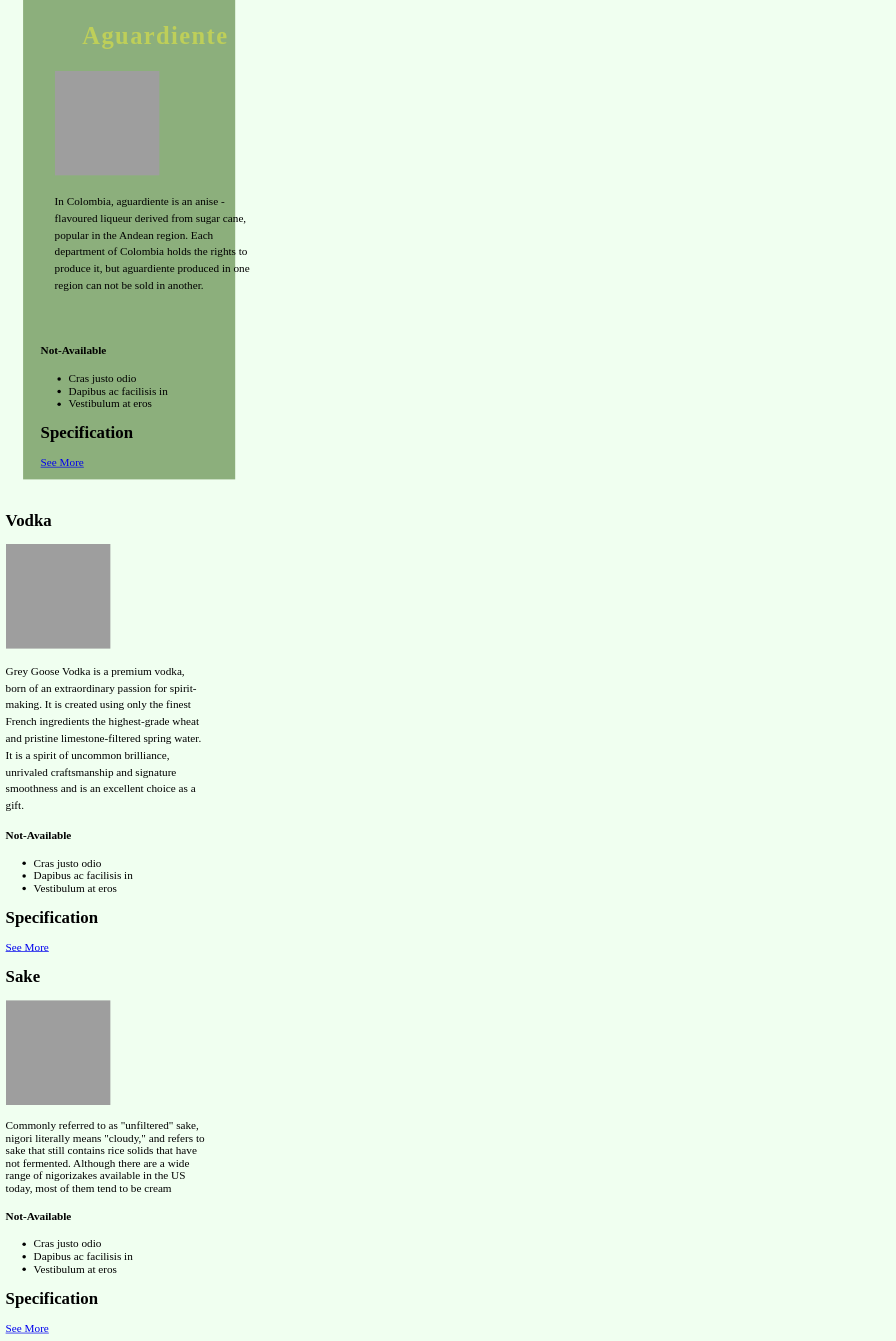
Repository: ZamlZam/REPO-11
Page: product-cards/index.html
These files come from the project's save history. The page is drawn as it stood at one moment and after a run of saves; the edit follows.
The browser window is 1280 px wide. The pictures show the part of the page from y = 1647 to 3567 px (the page is 3562 px tall before and 3567 px after), at 70% of full size.
Pictures or frames that could not be fetched are drawn as grey boxes.

Above is the page before, as saved 2023-04-14 20:38:11.

### product-cards/index.html
<!DOCTYPE html>
<html lang="en">
<head>
  <meta charset="UTF-8">
  <meta http-equiv="X-UA-Compatible" content="IE=edge">
  <meta name="viewport" content="width=device-width, initial-scale=1.0">
  <title>Document</title>
  <link rel="stylesheet" href="main.css">
</head>
<body>

  <div class ="wrapper">
    <div class="header"> ZamZam's Distillery</div>

  <div class="card-wrap">
    <div class="card-item">
    <div class="card1" style="width: 18rem;">
      <h2 class="whiskey">Jack Daniel</h2>
     <img src="https://www.finewinedelivery.co.nz/content/products/original/16561.jpg?width=1136" height = "150px" width="150px" alt="">
    <div class="card-body">

      <p class="card-text">Jack Daniel's is a Tennessee whiskey that has been around since the 1800s. It is the world's top-selling American whiskey and is considered very smooth.</p>
    </div>
  </div>
    <h4 class="Available">Not-Available</h4>
    <ul class="list-group list-group-flush">
      <li class="list-group-item">Cras justo odio</li>
      <li class="list-group-item">Dapibus ac facilisis in</li>
      <li class="list-group-item">Vestibulum at eros</li>
    </ul>
    <h2 class="specification">Specification</h2>
    <div class="card-body">
      <a href="#" class="btn btn-primary">See More</a>

    </div>
  </div>
  </div>
  </div>

  <div class="card-wrap2">
    <div class="card-item2">
    <div class="card2" style="width: 18rem;">
      <h2 class="tequila">Patron</h2>
     <img src="https://th.bing.com/th/id/OIP.omD1u9-5BvE0kcntTUyq4AHaGJ?pid=ImgDet&rs=1" height = "150px" width="150px" alt="">
    <div class="card-body2">

      <p class="card-text2">Patrón is a popular tequila brand, and its Silver Tequila is one of the hottest spirits on the market. Distilled in Jalisco, Mexico, from blue Weber agave, it's widely distributed and found in almost every bar and liquor store.</p>
    </div>
  </div>
    <h4 class="Available">Not-Available</h4>
    <ul class="list-group list-group-flush">
      <li class="list-group-item">Cras justo odio</li>
      <li class="list-group-item">Dapibus ac facilisis in</li>
      <li class="list-group-item">Vestibulum at eros</li>
    </ul>
    <h2 class="specification">Specification</h2>
    <div class="card-body">
      <a href="#" class="btn btn-primary">See More</a>

    </div>
  </div>
  </div>
</div>

<div class="card-wrap3">
  <div class="card-item3">
  <div class="card3" style="width: 18rem;">
    <h2 class="rum">Aguardiente</h2>
   <img src="https://s.cornershopapp.com/product-images/1050370.jpg?versionId=xuP.iP5MiWyH4wgZVeVdTTerM65pvh4C" height = "150px" width="150px" alt="">
  <div class="card-body3">

    <p class="card-text3">In Colombia, aguardiente is an anise -flavoured liqueur derived from sugar cane, popular in the Andean region. Each department of Colombia holds the rights to produce it, but aguardiente produced in one region can not be sold in another.</p>
  </div>
</div>
  <h4 class="Available">Not-Available</h4>
  <ul class="list-group list-group-flush">
    <li class="list-group-item">Cras justo odio</li>
    <li class="list-group-item">Dapibus ac facilisis in</li>
    <li class="list-group-item">Vestibulum at eros</li>
  </ul>
  <h2 class="specification">Specification</h2>
  <div class="card-body">
    <a href="#" class="btn btn-primary">See More</a>

  </div>
</div>
</div>
</div>

<div class="card-wrap4">
  <div class="card-item4">
  <div class="card4" style="width: 18rem;">
    <h2 class="Vodka">Vodka</h2>
   <img src="https://th.bing.com/th/id/OIP.A0LuDfu3pj8rYBoiSEGyLwHaNo?pid=ImgDet&rs=1" height = "150px" width="150px" alt="">
  <div class="card-body4">

    <p class="card-text4">Grey Goose Vodka is a premium vodka, born of an extraordinary passion for spirit-making. It is created using only the finest French ingredients the highest-grade wheat and pristine limestone-filtered spring water. It is a spirit of uncommon brilliance, unrivaled craftsmanship and signature smoothness and is an excellent choice as a gift.</p>
  </div>
</div>
  <h4 class="Available">Not-Available</h4>
  <ul class="list-group list-group-flush">
    <li class="list-group-item">Cras justo odio</li>
    <li class="list-group-item">Dapibus ac facilisis in</li>
    <li class="list-group-item">Vestibulum at eros</li>
  </ul>
  <h2 class="specification">Specification</h2>
  <div class="card-body">
    <a href="#" class="btn btn-primary">See More</a>

  </div>
</div>
</div>
</div>

<div class="card-wrap5">
  <div class="card-item5">
  <div class="card5" style="width: 18rem;">
    <h2 class="Sake">Sake</h2>
   <img src="https://www.wespeakwine.com/resize/Shared/Images/Product/Ohyama-Tokubetsu-Junmai-Nigori-Big-Mountain-Cloudy-Sake-500ML/ohyama_nigori_bottle.jpg?lr=t&bw=600&bh=600" height = "150px" width="150px" alt="">
  <div class="card-body5">

    <p class="card-text5">Commonly referred to as "unfiltered" sake, nigori literally means "cloudy," and refers to sake that still contains rice solids that have not fermented. Although there are a wide range of nigorizakes available in the US today, most of them tend to be cream</p>
  </div>
</div>
  <h4 class="Available">Not-Available</h4>
  <ul class="list-group list-group-flush">
    <li class="list-group-item">Cras justo odio</li>
    <li class="list-group-item">Dapibus ac facilisis in</li>
    <li class="list-group-item">Vestibulum at eros</li>
  </ul>
  <h2 class="specification">Specification</h2>
  <div class="card-body">
    <a href="#" class="btn btn-primary">See More</a>

  </div>
</div>
</div>
</div>
</body>


</html>

### product-cards/main.css
body{
  background-color:honeydew;
}

.wrapper .header {
  width: 100%;
  height: 50px;
  background: lightgreen;
  color: lightcoral;
  text-align: center;
  align-items: center;
  font-size: 30px;
  display:flex;
  justify-content: center;
  font-weight:500;
}

.card-wrap {
  padding: 25px;

  width: 20%;
  height: 100%;
  display: flex;
  justify-content: space-between;
  flex-wrap: wrap;
}

.card-wrap .card-item {
  padding: 15px 25px;
  width: 100%;
  background-color:khaki;
}

.card-wrap .card1 {
  padding: 35px 20px;
  border-radius: 5px;
  min-width: 225px;
  min-height: 300px;

}

.card-wrap .card1 img{
  margin-bottom: 5px;



}

.card-wrap .card1 .whiskey{
  color:teal;
  font-weight: 900;
  letter-spacing: 2px;
  font-size: 35px;
  white-space: nowrap;
  justify-content: center;
  text-align: center;
  align-items: center;
}

.card-wrap .card1 .card-body{
  font-style: 14px;
  line-height: 24px;
  color:black;
}

/**/

.card-wrap2 {
  padding: 25px;

  width: 20%;
  height: 100%;
  display: flex;
  justify-content: space-between;
  flex-wrap: wrap;
}

.card-wrap2 .card-item2 {
  padding: 15px 25px;
  width: 100%;
  background-color:tan;
}

.card-wrap2 .card2 {
  padding: 35px 20px;
  border-radius: 5px;
  min-width: 225px;
  min-height: 300px;

}

.card-wrap2 .card2 img{
  margin-bottom: 5px;
}

.card-wrap2 .card2 .tequila{
  color:brown;
  font-weight: 900;
  letter-spacing: 2px;
  font-size: 35px;
  white-space: nowrap;
  justify-content: center;
  text-align: center;
  align-items: center;
}

.card-wrap2 .card2 .card-body2{
  font-style: 14px;
  line-height: 24px;
  color:black;
}

/**/

.card-wrap3 {
  padding: 25px;

  width: 20%;
  height: 100%;
  display: flex;
  justify-content: space-between;
  flex-wrap: wrap;
}

.card-wrap3 .card-item3 {
  padding: 15px 25px;
  width: 100%;
  background-color:rgb(140, 175, 124);
}

.card-wrap3 .card3 {
  padding: 35px 20px;
  border-radius: 5px;
  min-width: 225px;
  min-height: 300px;

}

.card-wrap3 .card3 img{
  margin-bottom: 5px;
}

.card-wrap3 .card3 .rum{
  color:rgb(190, 207, 89);
  font-weight: 900;
  letter-spacing: 2px;
  font-size: 35px;
  white-space: nowrap;
  justify-content: center;
  text-align: center;
  align-items: center;
}

.card-wrap3 .card3 .card-body3{
  font-style: 14px;
  line-height: 24px;
  color:black;
}


/**/

.card-wrap3 {
  padding: 25px;

  width: 20%;
  height: 100%;
  display: flex;
  justify-content: space-between;
  flex-wrap: wrap;
}

.card-wrap3 .card-item3 {
  padding: 15px 25px;
  width: 100%;
  background-color:rgb(140, 175, 124);
}

.card-wrap3 .card3 {
  padding: 35px 20px;
  border-radius: 5px;
  min-width: 225px;
  min-height: 300px;

}

.card-wrap3 .card4 img{
  margin-bottom: 5px;
}

.card-wrap4 .card4 .vodka{
  color:rgb(190, 207, 89);
  font-weight: 900;
  letter-spacing: 2px;
  font-size: 35px;
  white-space: nowrap;
  justify-content: center;
  text-align: center;
  align-items: center;
}

.card-wrap4 .card4 .card-body4{
  font-style: 14px;
  line-height: 24px;
  color:black;
}

After the next 2 saves:
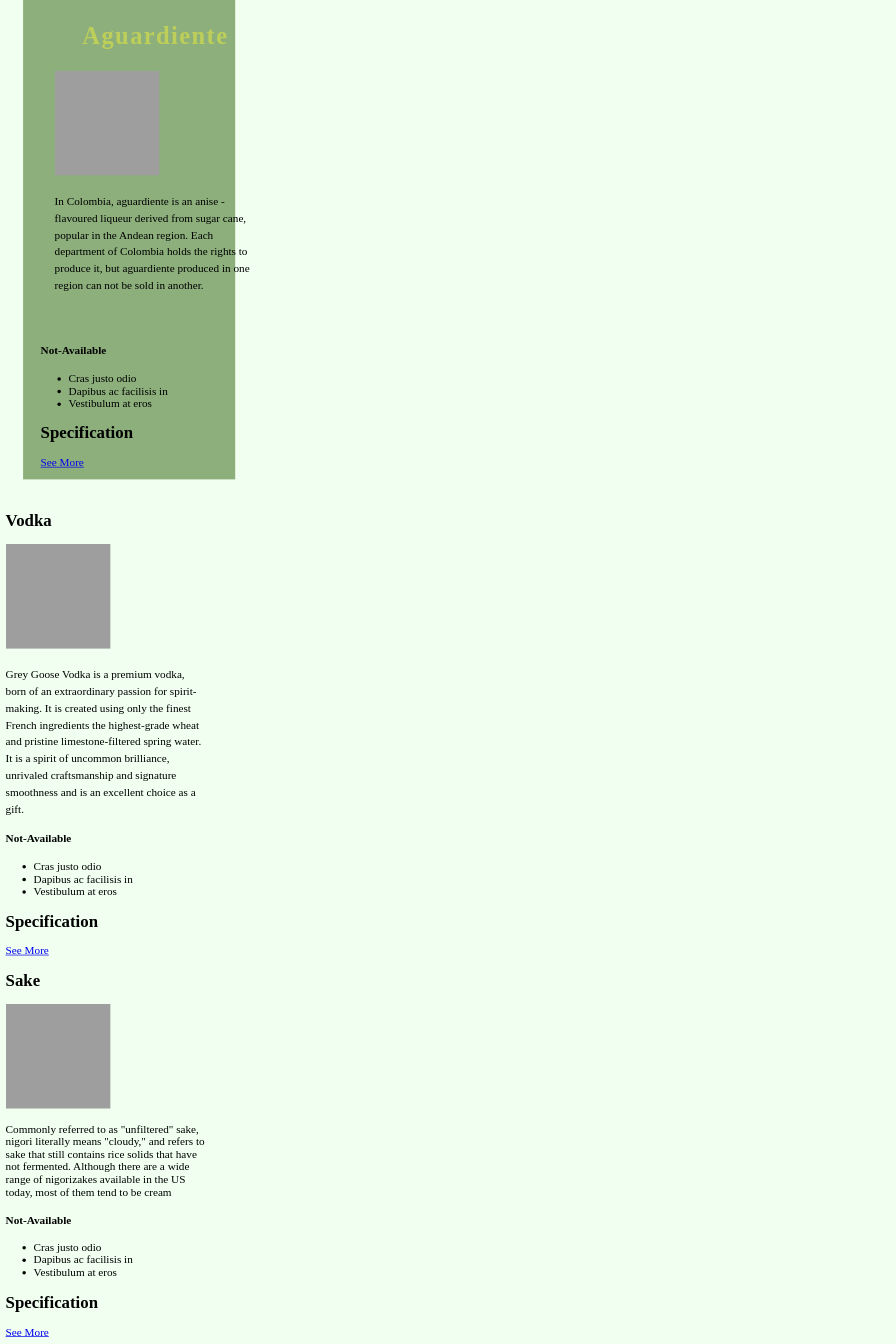
The 2 saves are shown as one change because they came seconds apart.
The last was saved 5 s later.
--- a/product-cards/main.css
+++ b/product-cards/main.css
@@ -184,7 +184,7 @@
 
 }
 
-.card-wrap3 .card4 img{
+.card-wrap4 .card4 img{
   margin-bottom: 5px;
 }
 
